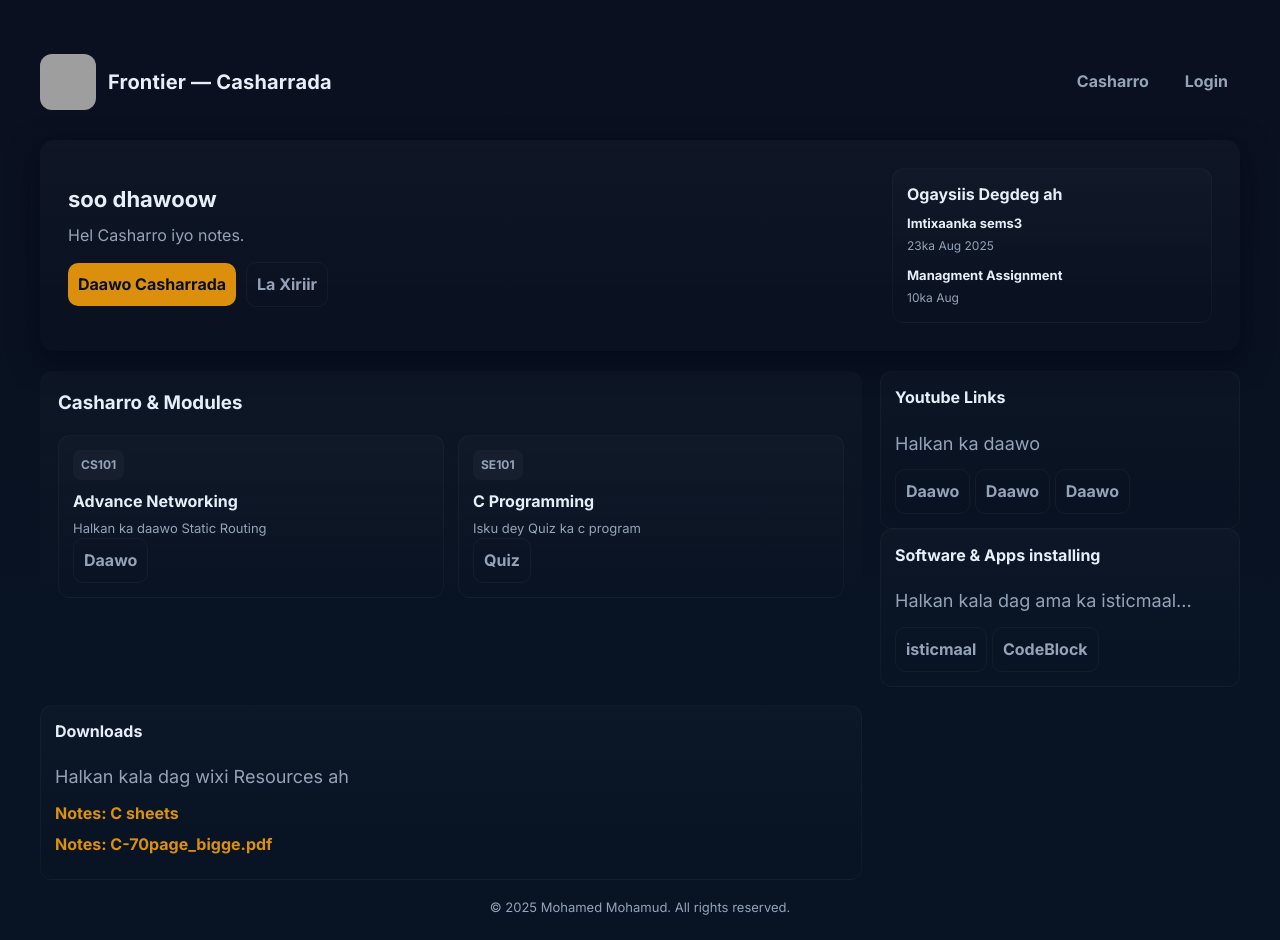
Repository: mrfiiqane/Al-Tacaawun.com
Page: index.html
These files come from the project's save history. The page is drawn as it stood at one moment and after the next save; the edit follows.
The browser window is 1280 px wide. The pictures show the whole page.
Pictures or frames that could not be fetched are drawn as grey boxes.

Above is the page before, as saved 2025-08-12 09:04:09.

After the next save:
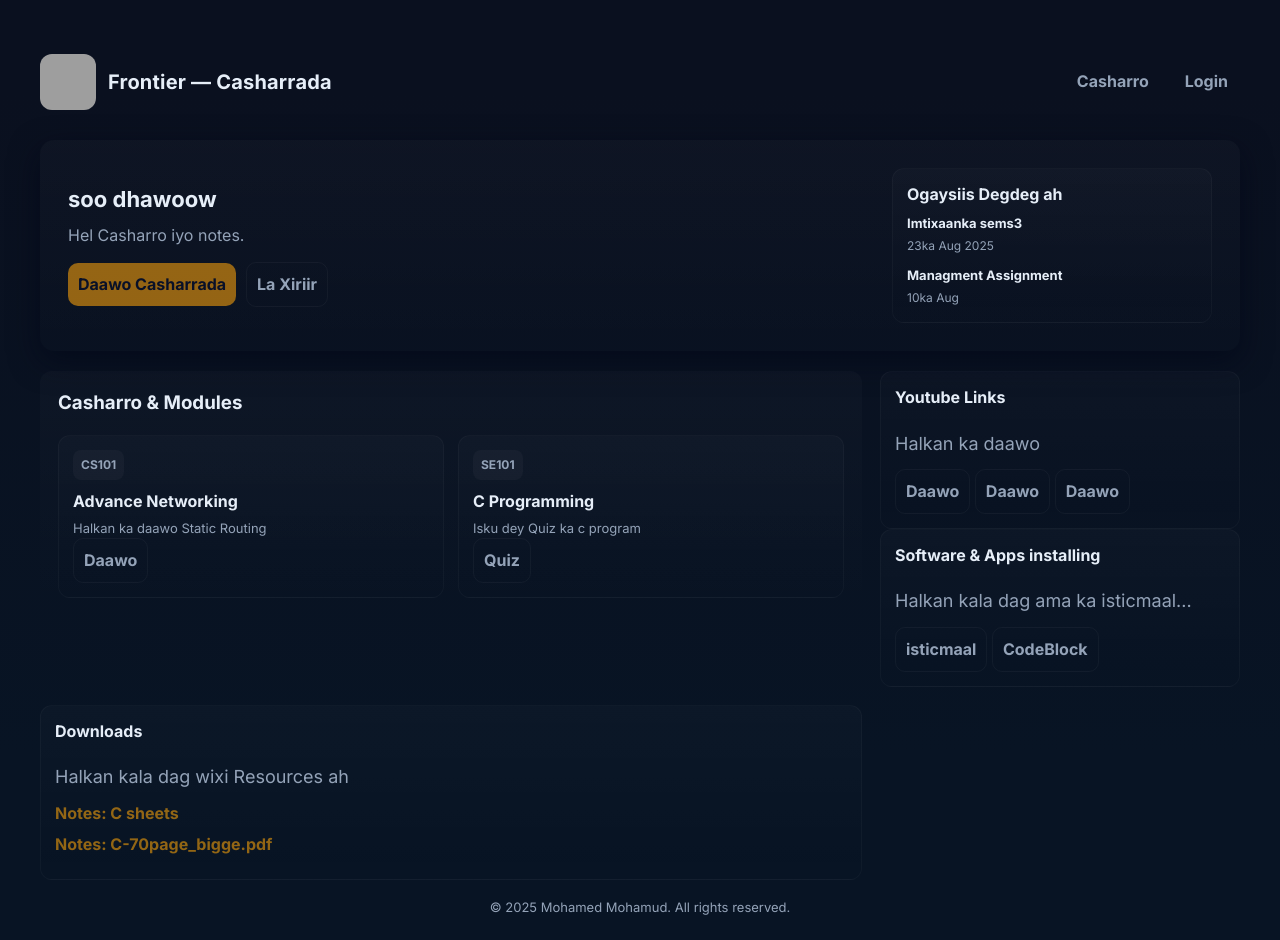
Saved 10 s later.
--- a/style.css
+++ b/style.css
@@ -1,7 +1,7 @@
 :root{
       --bg:#0f1724;
       --card:#0b1220;
-      --accent:#f59f0be3;
+      --accent:#f59f0b96;
       --muted:#94a3b8;
       --glass: rgba(255,255,255,0.04);
       --radius:14px;

After the save that followed:
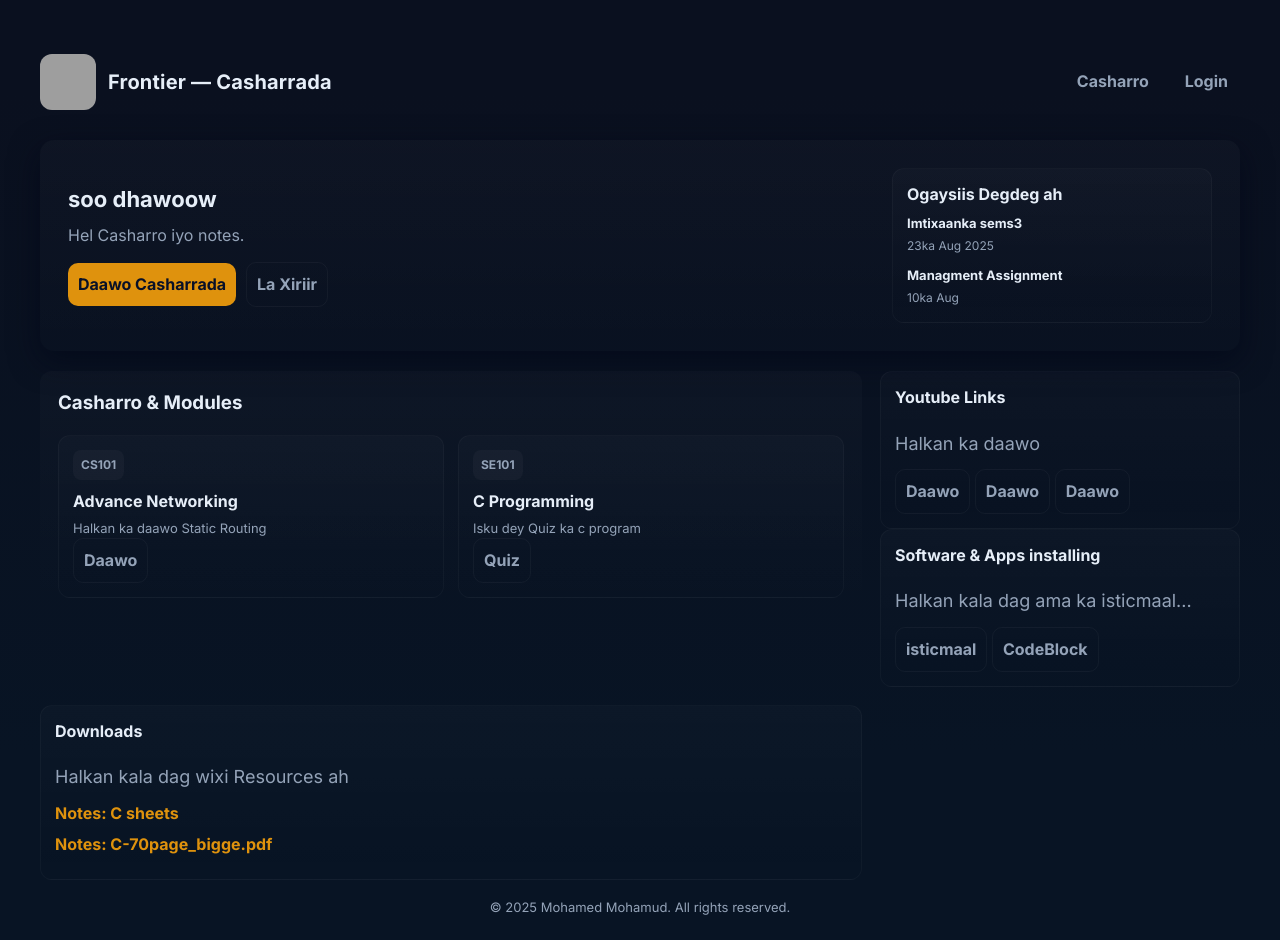
Saved 15 s later.
--- a/style.css
+++ b/style.css
@@ -1,7 +1,7 @@
 :root{
       --bg:#0f1724;
       --card:#0b1220;
-      --accent:#f59f0b96;
+      --accent:#f59f0be8;
       --muted:#94a3b8;
       --glass: rgba(255,255,255,0.04);
       --radius:14px;
